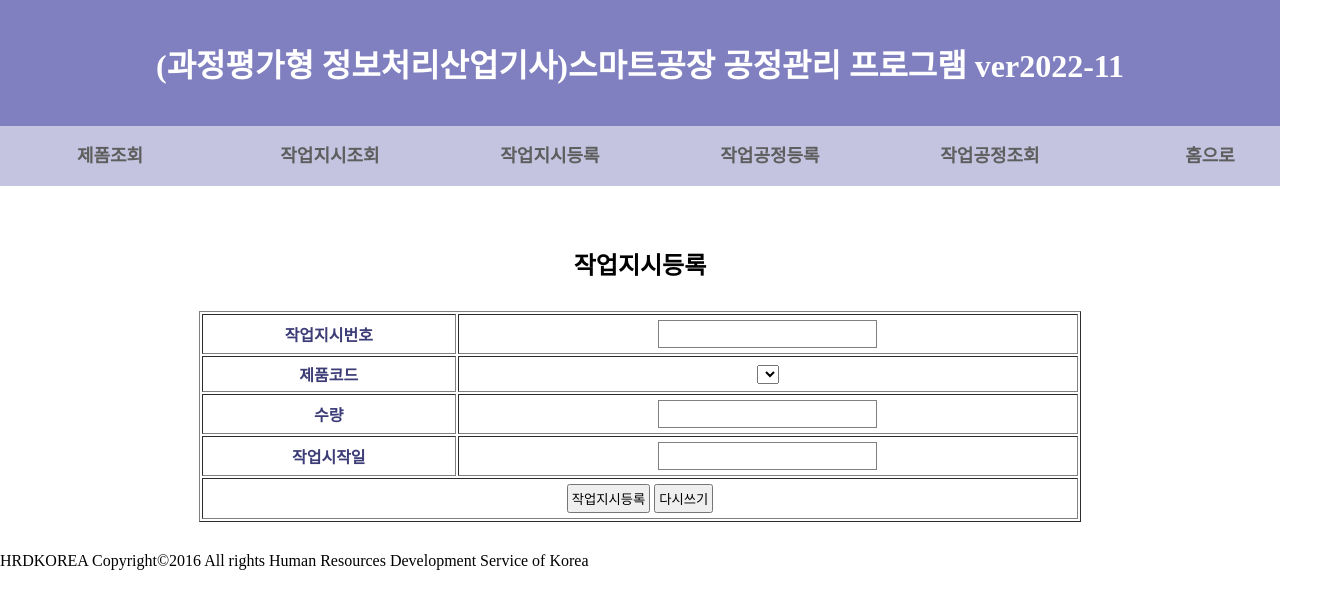
Repository: anakyn01/exam
Page: http://localhost/smart_5/sub2_1.jsp
The author's editor kept a copy of each file at every save. The page is drawn from the files as they stood at one save, then again after the next save.
The browser window is 1280 px wide. The page is 1320 px wide, so the pictures cover 1320 px, including what lies to the right of the window. The pictures show the whole page.
The page is served by Tomcat 9. Other server files are loaded and not shown.

Above is the page before, as saved 2025-01-06 07:34:38.

### smart_5/src/main/webapp/sub2_1.jsp
<%@ page language="java" contentType="text/html; charset=UTF-8"
    pageEncoding="UTF-8"%>
<jsp:include page="include/header.jsp"/>

<section>
<h2>작업지시등록</h2>
<table border=1>
<tr>
	<th>작업지시번호</th>
		<td>
		<input type="text" name="w_workno">
	</td>
</tr>
<tr>
	<th>제품코드</th>
	<td>
		<select name="">
		<option value=""></option>
		</select>
	</td>
</tr>
<tr>
	<th>수량</th>
		<td>
		<input type="text" name="w_quentity">
	</td>
</tr>
<tr>
	<th>작업시작일</th>
		<td>
		<input type="text" name="w_workdate">
	</td>
</tr>
	<tr>
<td colspan="2">
<input type="button" onclick="goSave()" value="작업지시등록">
<input type="button" onclick="FormReset()" value="다시쓰기">
</td>
	</tr>
</table>
</section>

<jsp:include page="include/footer.jsp"/>

### smart_5/src/main/webapp/include/header.jsp
<%@ page language="java" contentType="text/html; charset=UTF-8"
    pageEncoding="UTF-8"%>
<!DOCTYPE html>
<html>
<head>
<meta charset="UTF-8">
<title>스마트 공정관리 프로그램</title>
<link rel="stylesheet" href="css/style.css"/>
</head>
<body>
<header>
<h1>(과정평가형 정보처리산업기사)스마트공장 공정관리 프로그램 ver2022-11</h1>
</header>
<nav>
<ul>
<li><a href="sub1.jsp">제폼조회</a></li>
<li><a href="sub2.jsp">작업지시조회</a></li>
<li><a href="sub2_1.jsp">작업지시등록</a></li>
<li><a href="sub3.jsp">작업공정등록</a></li>
<li><a href="sub4.jsp">작업공정조회</a></li>
<li><a href="index.jsp">홈으로</a></li>
</ul>
</nav>

### smart_5/src/main/webapp/include/footer.jsp
<%@ page language="java" contentType="text/html; charset=UTF-8"
    pageEncoding="UTF-8"%>
<footer>
<p>HRDKOREA Copyright&copy;2016 All rights Human Resources Development Service of Korea</p>
</footer>
</body>
</html>

### smart_5/src/main/webapp/css/style.css
@charset "UTF-8";
*{margin:0; padding:0; box-sizing:border-box;}
a{text-decoration:none; color:#5e5e5e;}
header{background-color:#8080c0;}
header h1{padding:40px 0; text-align:center; color:white;}
nav{height:60px; background-color:#c4c4e1;}
nav ul{margin:0 auto; width:1320px; list-style:none; text-align:center;}
nav ul li{line-height:60px; float:left; font-size:18px; font-weight:600; width:200px;
margin:0 10px;
}
section{padding:30px 10px;}
section h2{text-align:center; margin:30px 0;}
section p{margin:10px 0;}
table{margin:0 auto; width:70%; text-align:center;}
th{color:#3c3c77;}
th,td{padding:5px 0;}
input[type="text"]{
height:28px; border:1px solid gray; padding:0 5px; font-size:16px;
}
input[type="button"]{padding:3px;}

After the next save:
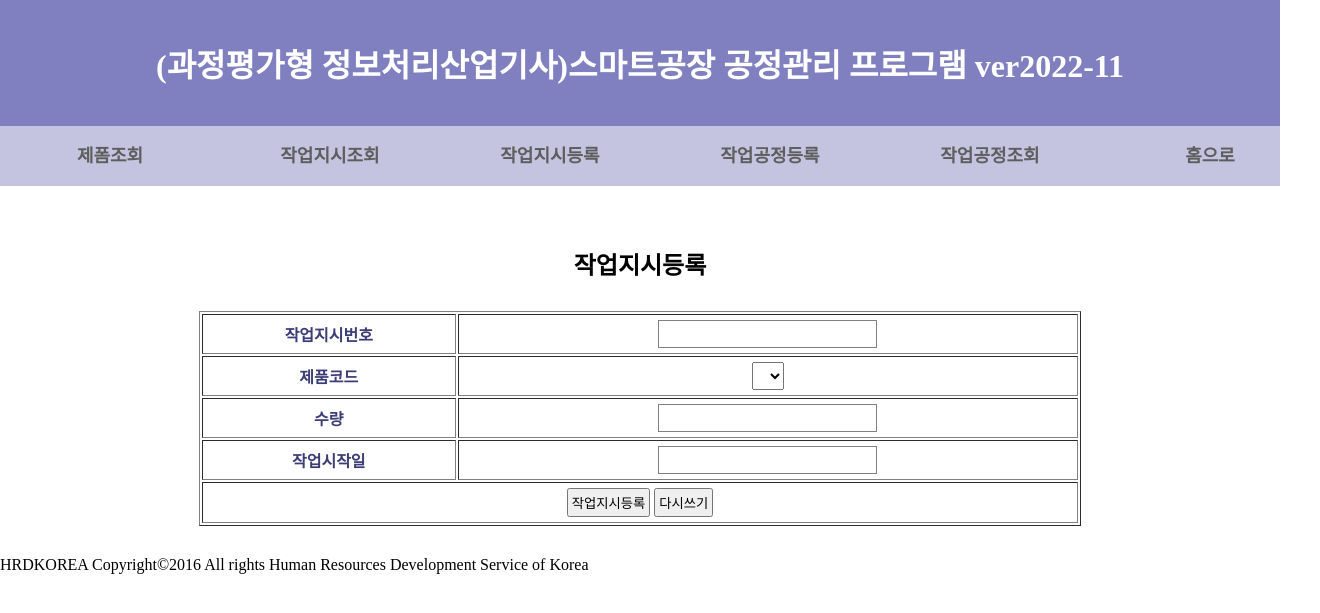
Saved 38 s later.
--- a/smart_5/src/main/webapp/css/style.css
+++ b/smart_5/src/main/webapp/css/style.css
@@ -18,3 +18,4 @@ input[type="text"]{
 height:28px; border:1px solid gray; padding:0 5px; font-size:16px;
 }
 input[type="button"]{padding:3px;}
+select{height:28px; padding:0 5px; font-size:16px; }
